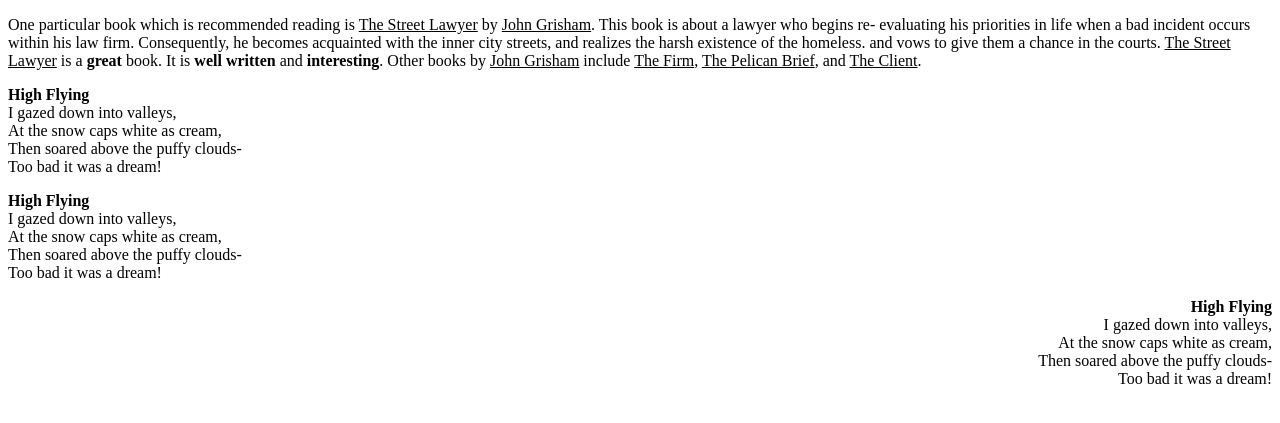
Repository: NguyenPhuSang21023391/HTCNWeb_T1-2
Page: TH_Tuan01/html/bai03.html
An editor plug-in stored every save of this project. The page is shown before and after the next save, followed by the edit.
The browser window is 1280 px wide. The pictures show the whole page.

Above is the page before, as saved 2023-02-19 16:20:57.

### TH_Tuan01/html/bai03.html
<!DOCTYPE html>
<html lang="en">
  <head>
    <meta charset="UTF-8" />
    <meta http-equiv="X-UA-Compatible" content="IE=edge" />
    <meta name="viewport" content="width=device-width, initial-scale=1.0" />
    <title>Document</title>
  </head>
  <body>
    <p>
      One particular book which is recommended reading is
      <u>The Street Lawyer</u> by <u>John Grisham</u>. This book is about a
      lawyer who begins re- evaluating his priorities in life when a bad
      incident occurs within his law firm. Consequently, he becomes acquainted
      with the inner city streets, and realizes the harsh existence of the
      homeless. and vows to give them a chance in the courts.
      <u>The Street Lawyer</u> is a <b>great</b> book. It is
      <b>well written</b> and <b>interesting</b>. Other books by
      <u>John Grisham</u> include <u>The Firm</u>, <u>The Pelican Brief</u>, and
      <u>The Client</u>.
    </p>

    <p style="text-align: left">
      <b>High Flying</b> <br />I gazed down into valleys, <br />At the snow caps
      white as cream,<br />Then soared above the puffy clouds- <br />Too bad it
      was a dream!
    </p>

    <p style=background-color:rgb(255, 191, 15);" style= "text-align: center">
      <b>High Flying</b> <br />I gazed down into valleys, <br />At the snow caps
      white as cream,<br />Then soared above the puffy clouds- <br />Too bad it
      was a dream!
    </p>

    <p style="text-align: right">
      <b>High Flying</b> <br />I gazed down into valleys, <br />At the snow caps
      white as cream,<br />Then soared above the puffy clouds- <br />Too bad it
      was a dream!
    </p>
  </body>
</html>

After the next save:
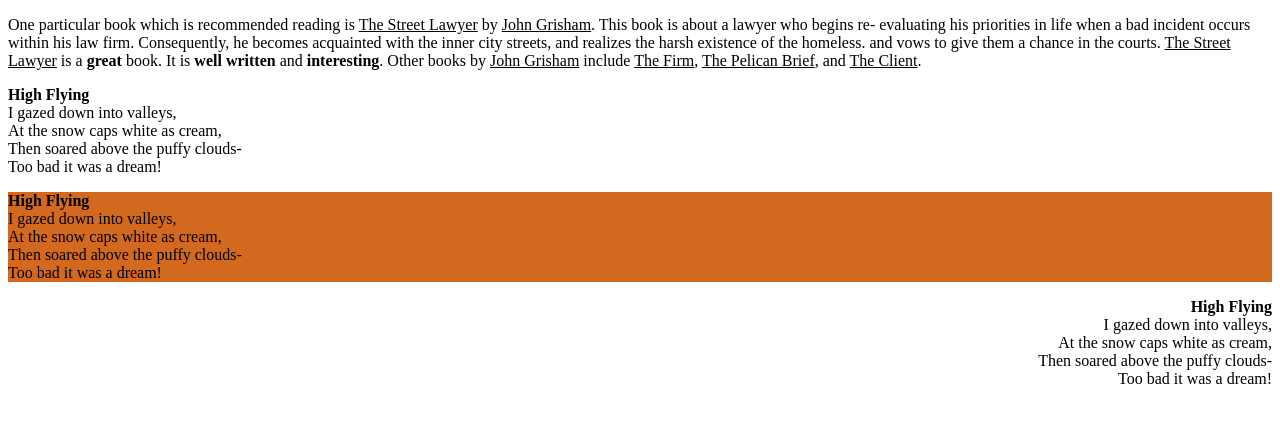
Saved 18 s later.
--- a/TH_Tuan01/html/bai03.html
+++ b/TH_Tuan01/html/bai03.html
@@ -26,7 +26,7 @@
       was a dream!
     </p>
 
-    <p style=background-color:rgb(255, 191, 15);" style= "text-align: center">
+    <p style=background-color:chocolate;" style= "text-align: center">
       <b>High Flying</b> <br />I gazed down into valleys, <br />At the snow caps
       white as cream,<br />Then soared above the puffy clouds- <br />Too bad it
       was a dream!
